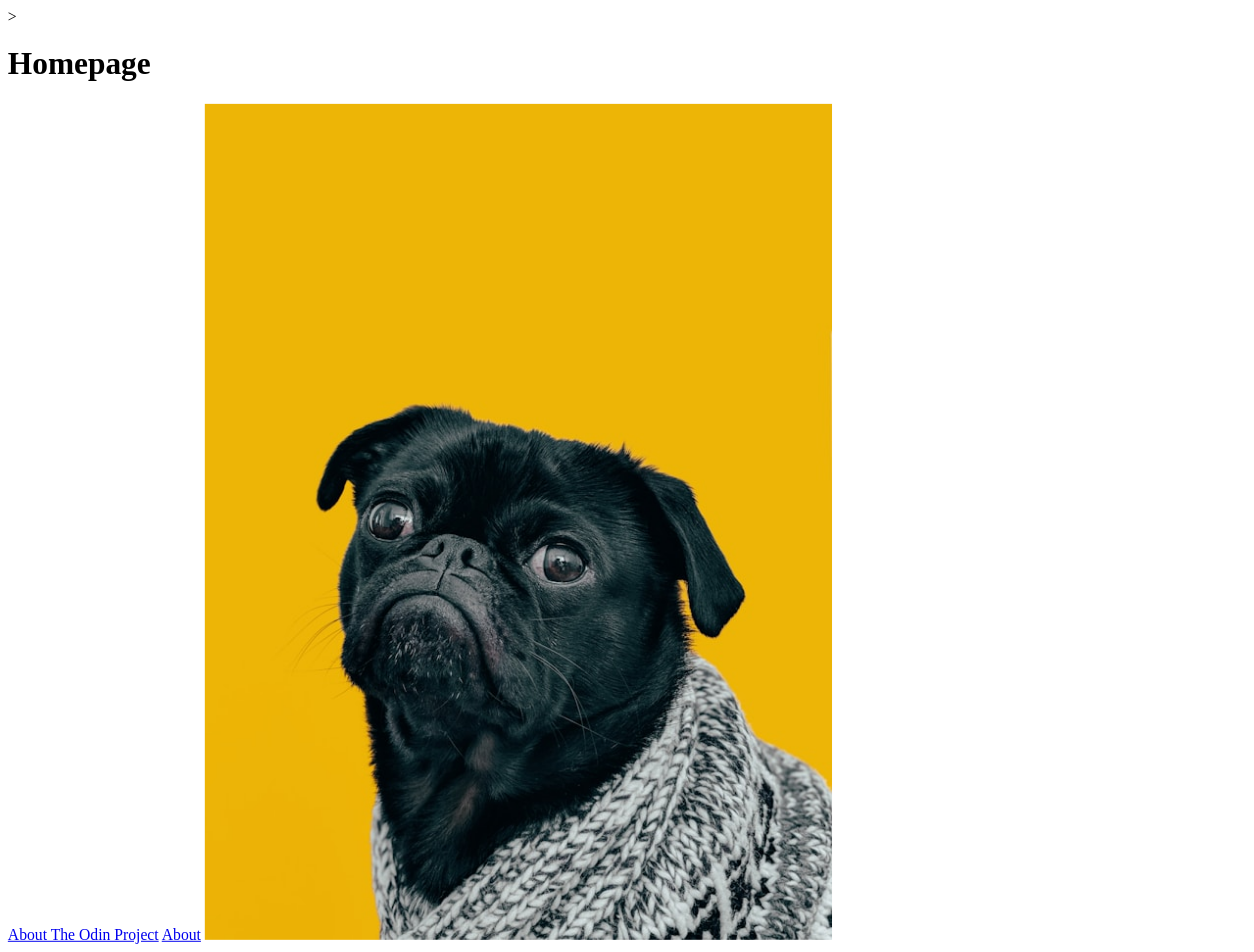
Repository: tranqn/git_test
Page: odin-links-and-images/index.html
The author's editor kept a copy of each file at every save. The page is drawn from the files as they stood at one save, then again after the next save.
The browser window is 1280 px wide. The pictures show the whole page, at 98% of full size.

Above is the page before, as saved 2025-05-21 00:13:29.

After the next save:
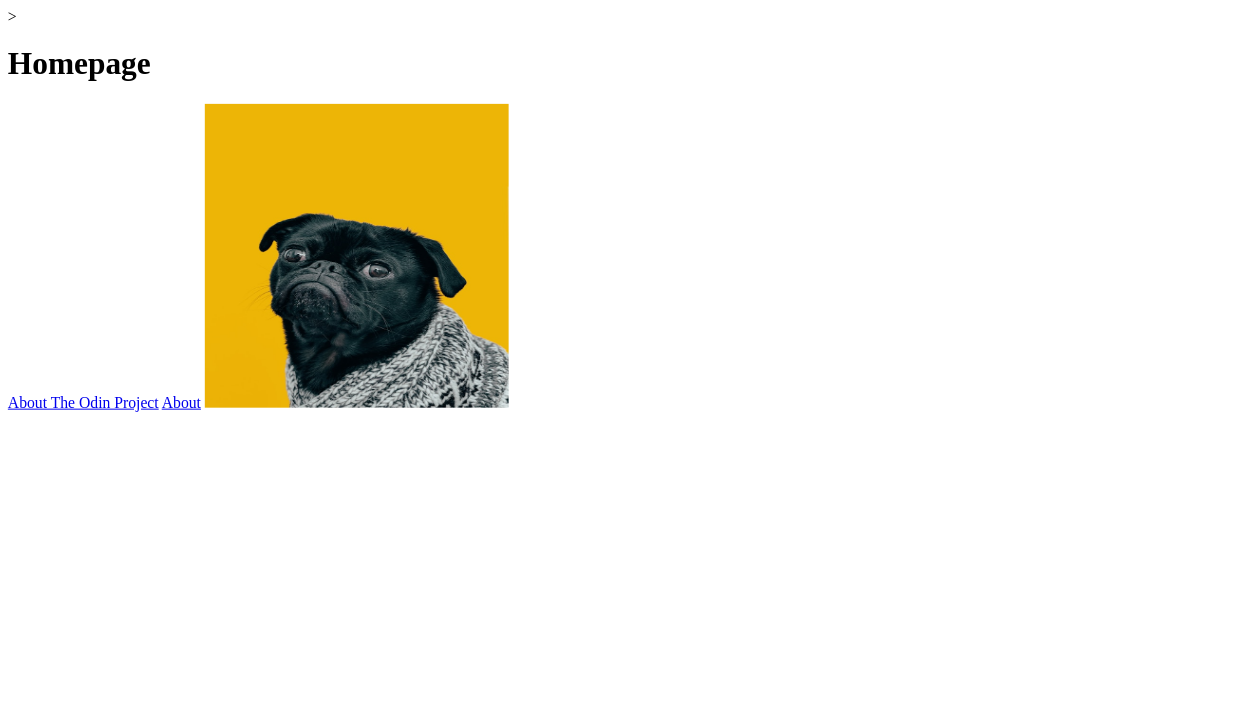
Saved 20 min 50 s later.
--- a/odin-links-and-images/index.html
+++ b/odin-links-and-images/index.html
@@ -10,7 +10,7 @@
 
             <a href="about.html">About</a>
 
-            <img src="./images/dog.jpg">
+            <img src="./images/dog.jpg" height="310" width="310">
         </body>
     </html>
 </DOCTYPE>
